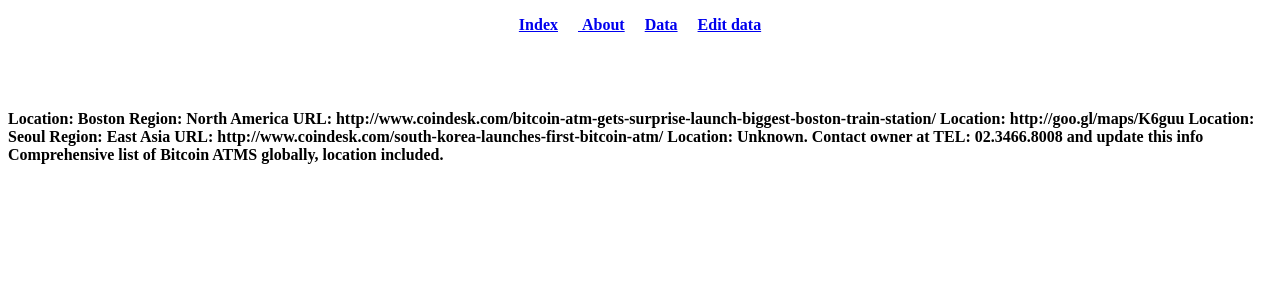
Repository: bitcoinmeetups/bitcoinmeetups.github.com
Page: BitcoinATMS.html
The author's editor kept a record of every edit. The page is drawn from the files as they stood at one moment, then again after the next edit.
The browser window is 1280 px wide. The pictures show the whole page.

Above is the page before.

### BitcoinATMS.html
<!DOCTYPE HTML>
<html>
 <head>

 <title>Local Bitcoin Meetups - Bitcoinmeetups.org</title>
  <meta content="List of Bitcoin ATMS all over the world"
  <meta content="Bitcoin, bitmessage, meetup, localbitcoin, meetup.com, localbitcoins.com, global, worldwide meetups, local meetups, bitcoinmeetups.org, github" name="keywords" />

<link rel="stylesheet" type="text/css" href="lbmstyles.css">

<!-- Javascript goes in the document HEAD -->
<script type="text/javascript">
function altRows(id){
	if(document.getElementsByTagName){

		var table = document.getElementById(id);
		var rows = table.getElementsByTagName("tr");

		for(i = 0; i < rows.length; i++){
			if(i % 2 == 0){
				rows[i].className = "evenrowcolor";
			}else{
				rows[i].className = "oddrowcolor";
			}
		}
	}
}
window.onload=function(){
	altRows('alternatecolor');
}
</script>


 </head>
 <body>

 <div id="topLeft"><div align="center">
  <p></a><strong><a class="ex1" href="https://entrances.github.com/indexlist.html">Index</a></strong></strong>&nbsp;&nbsp;&nbsp;&nbsp;&nbsp;<a class="ex1" href="#about"> <strong>About</strong></a><strong>&nbsp;&nbsp;&nbsp;&nbsp;&nbsp;<a class="ex1" href="#data">Data</a>&nbsp;&nbsp;&nbsp;&nbsp;&nbsp;<a class="ex1" href="https://github.com/Entrances/entrances.github.com/edit/master/ProjectBitcoinATMS.html">Edit data</a>
  <h5></h5>
  </div></div>
<!--
  <div id="topLeft2">
  <p><a href="https://openclipart.org//detail/1198/cat-silhouette-by-liftarn"><img src="https://openclipart.org//people/liftarn/liftarn_Cat_silhouette.svg" width=10%; /></p>
  <h5></h5>
  </div></div>

  -->


  <a name="data" id="data"></a>
 <br><br><br>








 <table class="altrowstable" id="alternatecolor">



<!--
BEGINNING TABLE
-->





<tbody>


Location: Boston
Region: North America
URL: http://www.coindesk.com/bitcoin-atm-gets-surprise-launch-biggest-boston-train-station/ </td>
Location: http://goo.gl/maps/K6guu

Location: Seoul
Region: East Asia
URL: http://www.coindesk.com/south-korea-launches-first-bitcoin-atm/ </td>
Location: Unknown. Contact owner at TEL: 02.3466.8008 and update this info</td>

Comprehensive list of Bitcoin ATMS globally, location included.<br>

### lbmstyles.css
<!DOCTYPE HTML>
<html>
 <head>
  <meta content="text/html; charset=utf-8" http-equiv="Content-Type" />
  <title>Empty</title>
 </head>
 <body>
  <br />
 </body>
</html>

After the next edit:
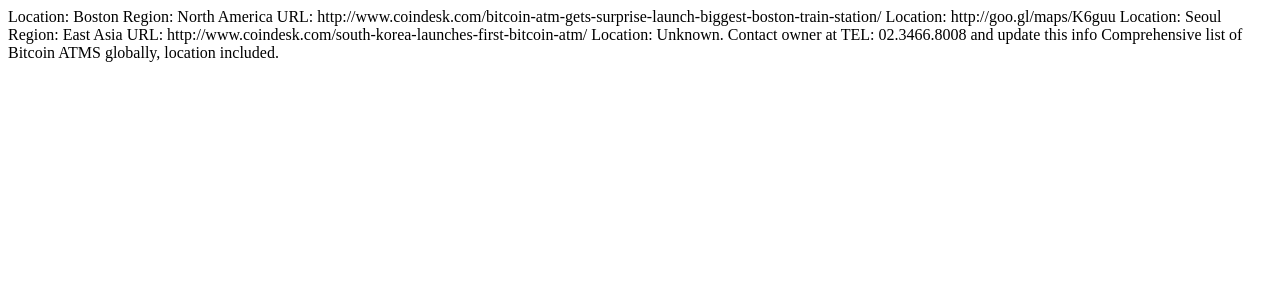
The edit:
--- a/BitcoinATMS.html
+++ b/BitcoinATMS.html
@@ -1,77 +1,3 @@
-<!DOCTYPE HTML>
-<html>
- <head>
-
- <title>Local Bitcoin Meetups - Bitcoinmeetups.org</title>
-  <meta content="List of Bitcoin ATMS all over the world"
-  <meta content="Bitcoin, bitmessage, meetup, localbitcoin, meetup.com, localbitcoins.com, global, worldwide meetups, local meetups, bitcoinmeetups.org, github" name="keywords" />
-
-<link rel="stylesheet" type="text/css" href="lbmstyles.css">
-
-<!-- Javascript goes in the document HEAD -->
-<script type="text/javascript">
-function altRows(id){
-	if(document.getElementsByTagName){
-
-		var table = document.getElementById(id);
-		var rows = table.getElementsByTagName("tr");
-
-		for(i = 0; i < rows.length; i++){
-			if(i % 2 == 0){
-				rows[i].className = "evenrowcolor";
-			}else{
-				rows[i].className = "oddrowcolor";
-			}
-		}
-	}
-}
-window.onload=function(){
-	altRows('alternatecolor');
-}
-</script>
-
-
- </head>
- <body>
-
- <div id="topLeft"><div align="center">
-  <p></a><strong><a class="ex1" href="https://entrances.github.com/indexlist.html">Index</a></strong></strong>&nbsp;&nbsp;&nbsp;&nbsp;&nbsp;<a class="ex1" href="#about"> <strong>About</strong></a><strong>&nbsp;&nbsp;&nbsp;&nbsp;&nbsp;<a class="ex1" href="#data">Data</a>&nbsp;&nbsp;&nbsp;&nbsp;&nbsp;<a class="ex1" href="https://github.com/Entrances/entrances.github.com/edit/master/ProjectBitcoinATMS.html">Edit data</a>
-  <h5></h5>
-  </div></div>
-<!--
-  <div id="topLeft2">
-  <p><a href="https://openclipart.org//detail/1198/cat-silhouette-by-liftarn"><img src="https://openclipart.org//people/liftarn/liftarn_Cat_silhouette.svg" width=10%; /></p>
-  <h5></h5>
-  </div></div>
-
-  -->
-
-
-  <a name="data" id="data"></a>
- <br><br><br>
-
-
-
-
-
-
-
-
- <table class="altrowstable" id="alternatecolor">
-
-
-
-<!--
-BEGINNING TABLE
--->
-
-
-
-
-
-<tbody>
-
-
 Location: Boston
 Region: North America
 URL: http://www.coindesk.com/bitcoin-atm-gets-surprise-launch-biggest-boston-train-station/ </td>
